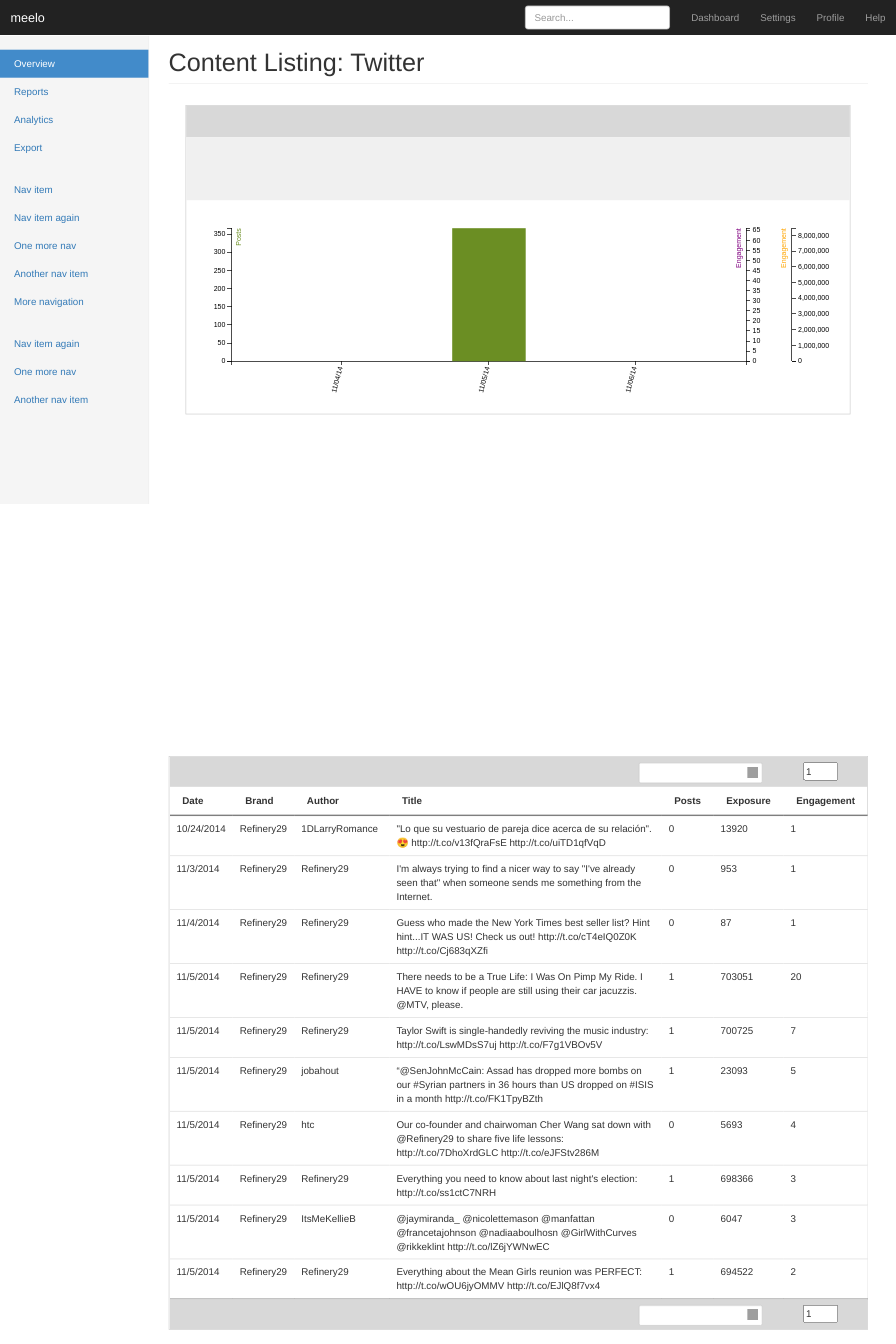
Repository: sadam0930/dashboard-example
Page: mclient/index.html
The author's editor kept a record of every edit. The page is drawn from the files as they stood at one moment, then again after the next edit.
The browser window is 1280 px wide. The pictures show the whole page, at 70% of full size.
Pictures or frames that could not be fetched are drawn as grey boxes.

Above is the page before.

After the next edit:
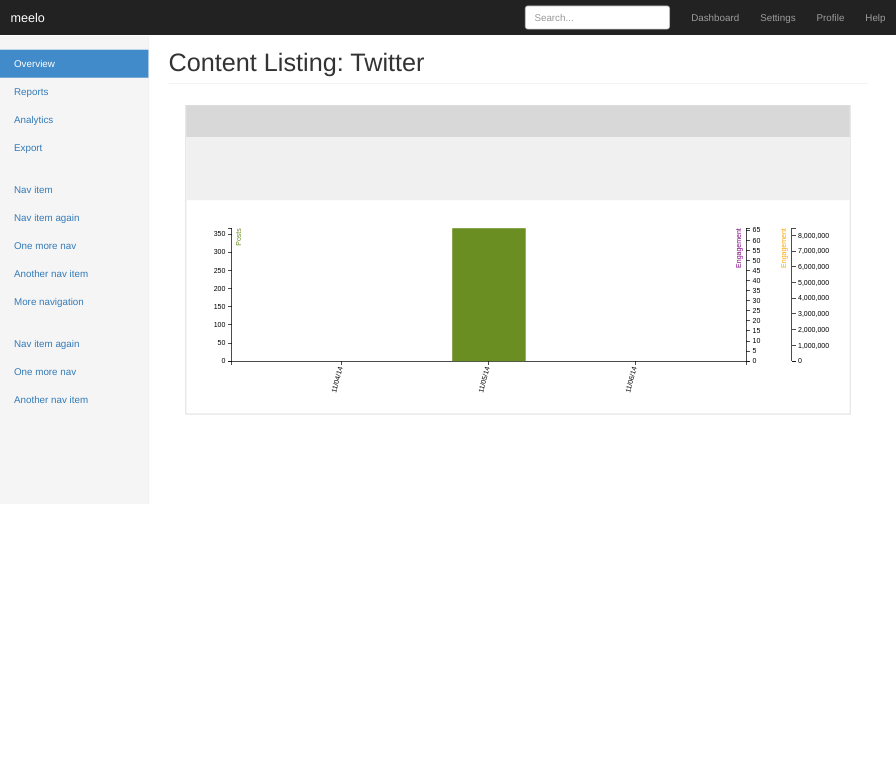
The edit:
--- a/mclient/index.html
+++ b/mclient/index.html
@@ -77,10 +77,6 @@
             </ul>
           </div>
 
-
-
-          <div class="widget table-responsive" id="table-1">
-          </div>
         </div>
 
       </div>
